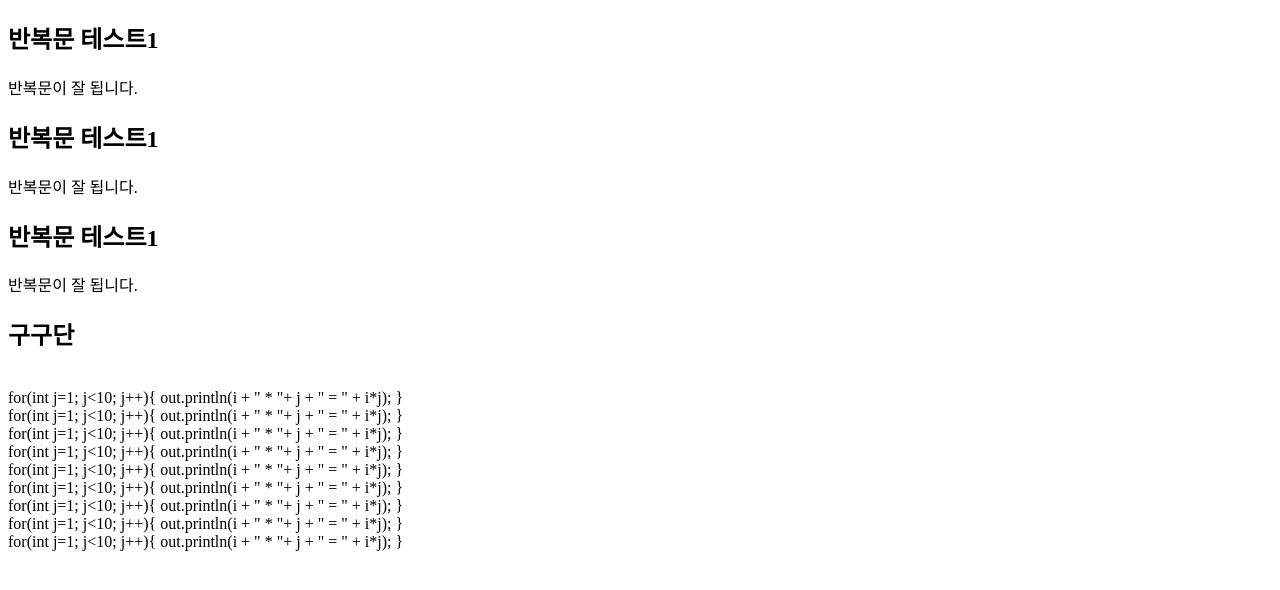
Repository: JongMin22/jsp.practice
Page: http://localhost/JSPBasic/JsPTag/Scriptlet.jsp
These files come from the project's save history. The page is drawn as it stood at one moment and after the next save; the edit follows.
The browser window is 1280 px wide. The pictures show the whole page.
The page is served by Tomcat 9.

Above is the page before, as saved 2022-01-28 02:41:26.

After the next save:
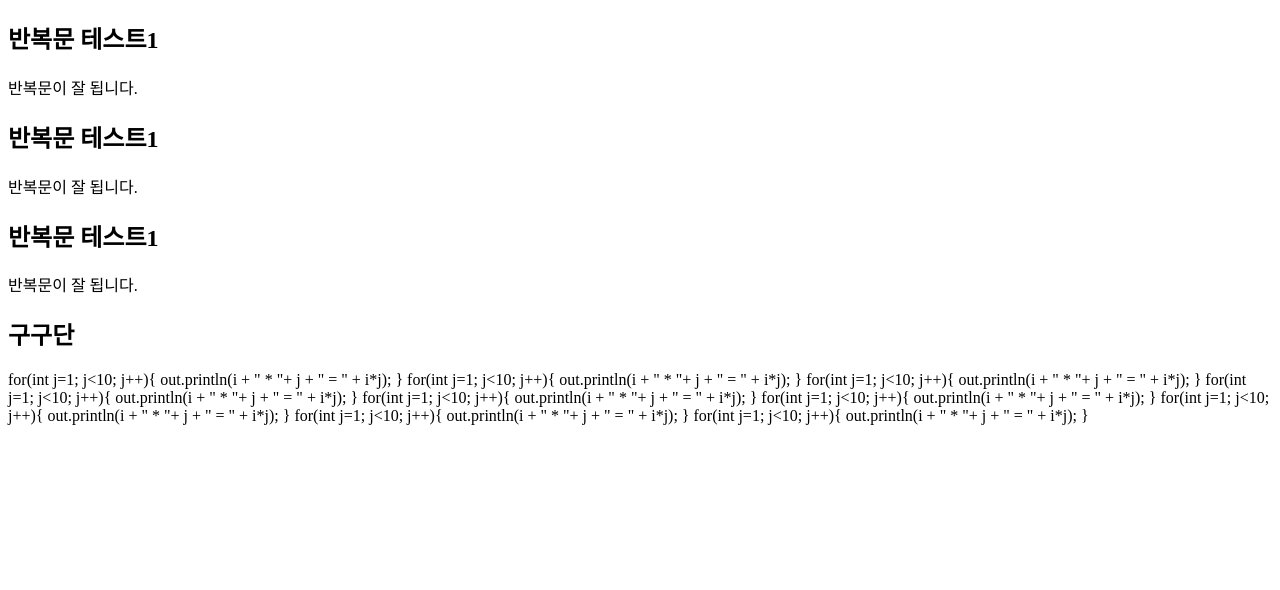
Saved 9 s later.
--- a/JSPBasic/src/main/webapp/JsPTag/Scriptlet.jsp
+++ b/JSPBasic/src/main/webapp/JsPTag/Scriptlet.jsp
@@ -17,7 +17,7 @@
 	System.out.println()이 괄호 내 구문을 콘솔에 찍히게 해줬다면
 	out.println()은 html화면에 괄호 내 구문을 콘솔에 찍히게 해줍니다.-->
 		<h2>구구단</h2>
-	<%for(int i=1; i<10; i++){ %><br/>
+	<%for(int i=1; i<10; i++){ %>
 		 for(int j=1; j<10; j++){
 			 out.println(i + " * "+ j + " = " + i*j);
 
